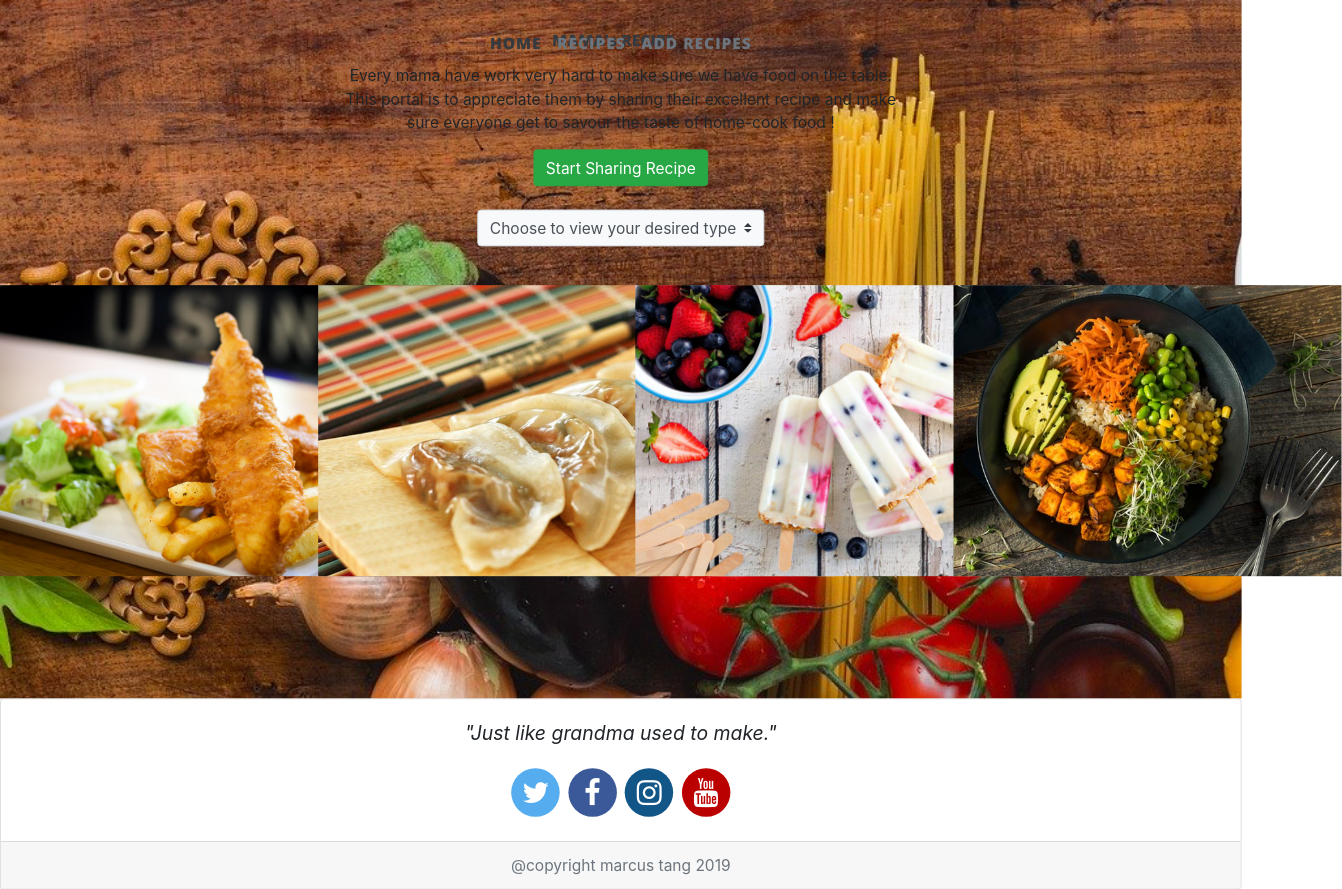
Repository: marstangg/mamasrecipes
Page: templates/index.html
The author's editor kept a record of every edit. The page is drawn from the files as they stood at one moment, then again after the next edit.
The browser window is 1280 px wide. The page is 1383 px wide, so the pictures cover 1383 px, including what lies to the right of the window. The pictures show the whole page, at 97% of full size.
Some web libraries are served in a nearby version. The template is drawn by Flask 3. The application's start-up code is not run. The template is opened directly, without the code that normally fills it, so the values that code supplies are empty.

Above is the page before.

After the next edit:
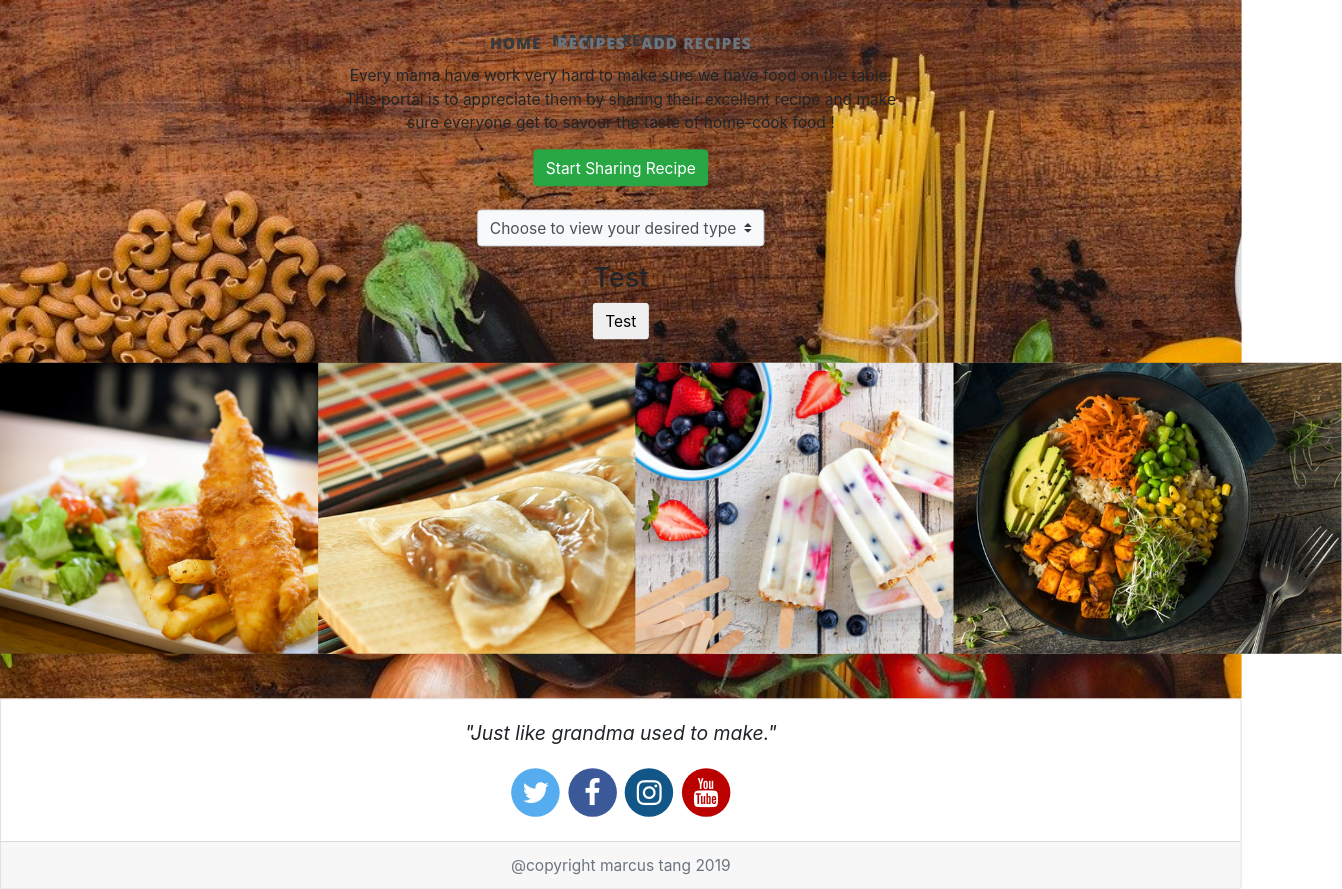
The edit:
--- a/templates/index.html
+++ b/templates/index.html
@@ -16,7 +16,16 @@
           <option value="indian">Indian</option>
           <option value="malay">Malay</option>
           <option value="western">Western</option>
-        </select>      </div>
+        </select>
+      </div>
+
+      <div class='container'>
+        <h3>Test</h3>
+          <form>
+              <a href=# id=test><button class='btn btn-default'>Test</button></a>
+          </form>
+      </div>
+
     </div>
 
     </div>

After the edit that followed:
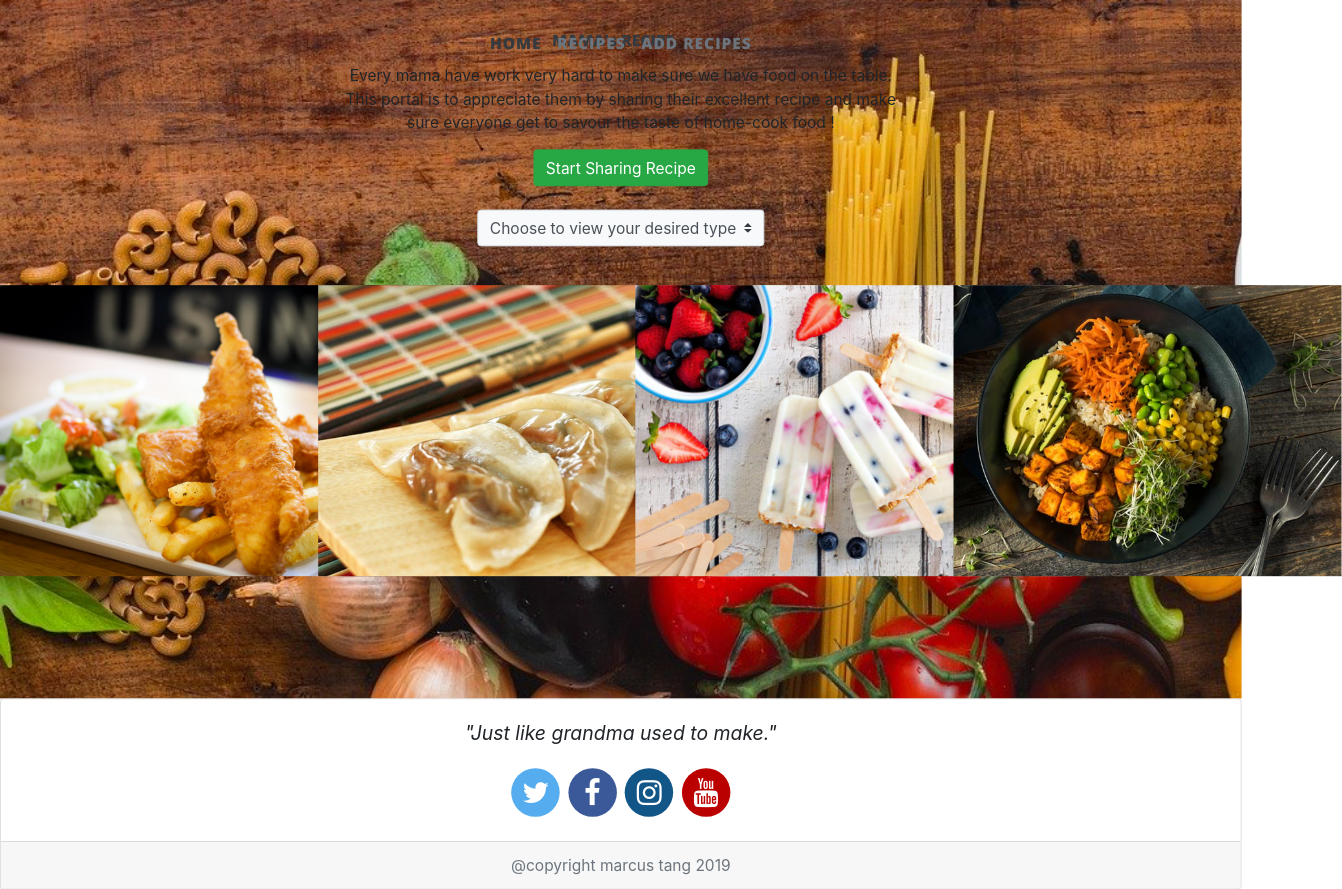
The edit:
--- a/templates/index.html
+++ b/templates/index.html
@@ -18,14 +18,6 @@
           <option value="western">Western</option>
         </select>
       </div>
-
-      <div class='container'>
-        <h3>Test</h3>
-          <form>
-              <a href=# id=test><button class='btn btn-default'>Test</button></a>
-          </form>
-      </div>
-
     </div>
 
     </div>
